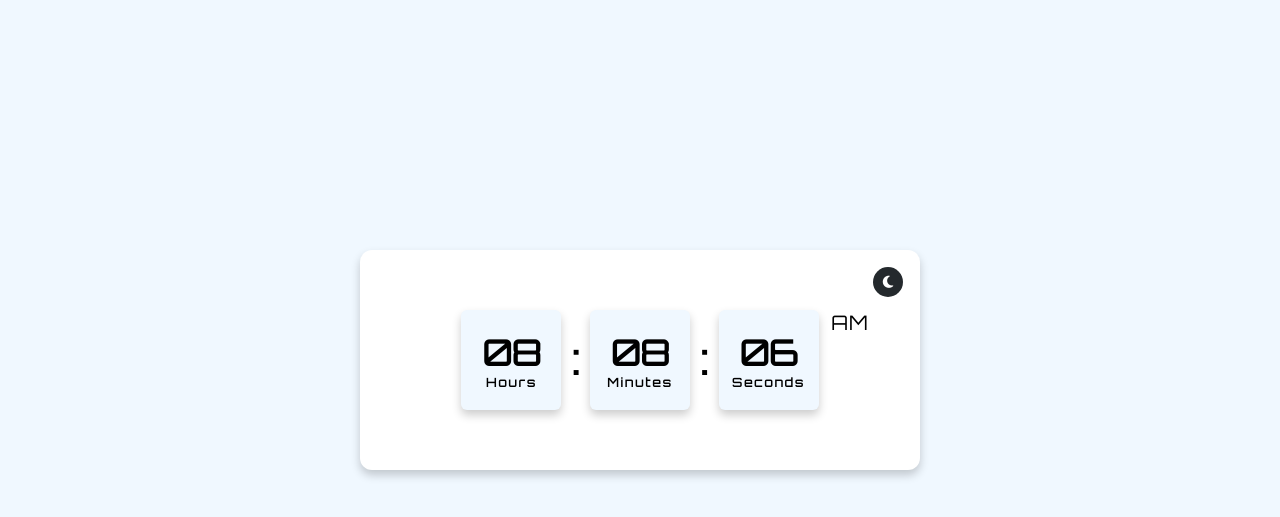
Repository: HueVu99/ComPonents
Page: Dynamic Digital Clock/index.html
An editor plug-in stored every save of this project. The page is shown before and after a run of saves, followed by the edit.
The browser window is 1280 px wide. The pictures show the whole page.
Some web libraries are served in a nearby version.

Above is the page before, as saved 2022-07-08 19:59:16.
Console error: SyntaxError: Unexpected token '.'

After the next 3 saves:
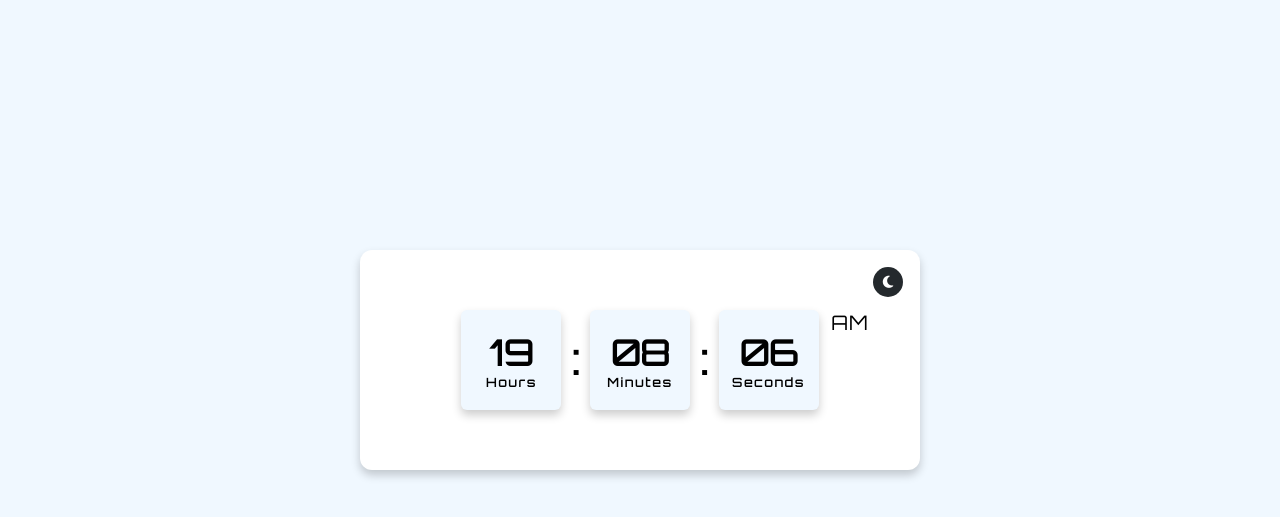
The error is gone.
The 3 saves are shown as one change because they came seconds apart.
The last was saved 9 s later.
--- a/Dynamic Digital Clock/main.js
+++ b/Dynamic Digital Clock/main.js
@@ -9,5 +9,5 @@ setInterval(()=>{
    let date = new Date() ,
    hour = date.getHours();
    console.log("~ hour", hour)
-   document.querySelector(."hour_num").innerText=
+   document.querySelector(".hour_num").innerText = hour
 },1000)
